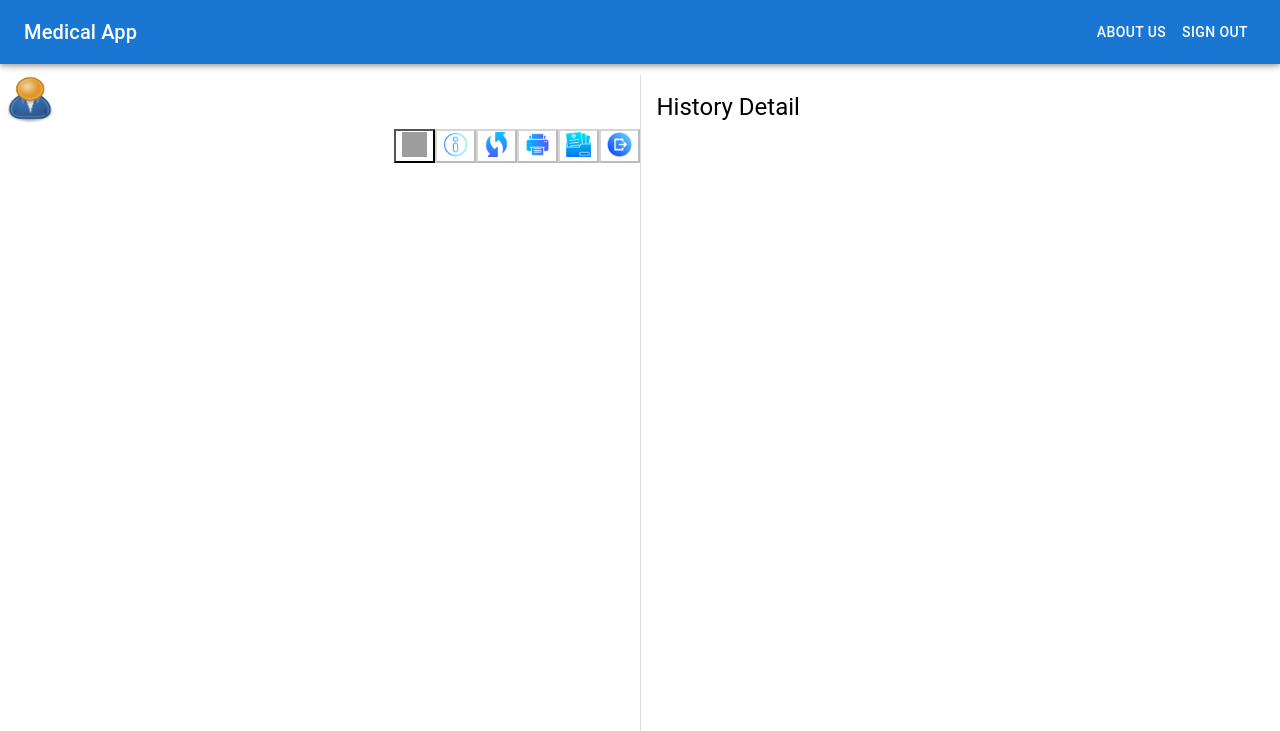
Repository: sshaiv/demo_project
Page: /
An editor plug-in stored every save of this project. The page is shown before and after a run of saves, followed by the edit.
The browser window is 1280 px wide. The pictures show the whole page.
Pictures or frames that could not be fetched are drawn as grey boxes. The project was rebuilt for these pictures with package versions that can differ from the ones it lists, and the page was loaded fresh each time.

Above is the page before, as saved 2024-08-12 20:37:07.

### src/App.js
// src/App.js
import React from 'react';
import { Box, Container } from '@mui/material';
import LeftSection from './components/LeftSection';
import RightSection from './components/RightSection';
import Header from './components/Header'; // Assuming you have a Header component
import NursingHeader from './components/NursingHeader';

const App = () => {
  return (
    <div>
      <Header /> {/* Include your header if you have one */}

      <Box
        sx={{
          position:'relative',
          top:'75px',
          display: 'flex',
          height: 'calc(100vh - 64px)', // Adjust height if you have a header
        }}
      >
        <Box sx={{ width: '50%', overflowY: 'scroll' }}>
          <LeftSection />
           <NursingHeader />
        </Box>
        <Box sx={{ width: '50%', borderLeft: '1px solid #ddd' }}>
          <RightSection />
        </Box>
      </Box>
    </div>
  );
};

export default App;

### src/components/LeftSection.jsx
// src/components/LeftSection.js
import React from 'react';
// import { Box, Typography, TextField, Grid } from '@mui/material';

const LeftSection = () => {
  return (
   <div></div>
  );
};

export default LeftSection;

### src/components/RightSection.jsx
// src/components/RightSection.js
import React from 'react';
import { Box, Typography } from '@mui/material';

const RightSection = () => {
  return (
    <Box
      sx={{
        width: '100%',
        height: 'calc(100vh - 64px)',
        padding: '16px',
        boxSizing: 'border-box',
      }}
    >
      <Typography variant="h5" gutterBottom>
        History Detail
      </Typography>
      {/* Add more content as needed */}
    </Box>
  );
};

export default RightSection;

### src/components/Header.js
import React from 'react';
import { AppBar, Toolbar, Typography, Button } from '@mui/material';

const Header = () => {
  return (
    <AppBar position="fixed">
      <Toolbar>
        <Typography variant="h6" style={{ flexGrow: 1 }}>
          Medical App
        </Typography>
        <Button color="inherit">About Us</Button>
        <Button color="inherit">Sign Out</Button>
      </Toolbar>
    </AppBar>
  );
};

export default Header;

### src/components/NursingHeader.js
import React from "react";

const NursingHeader = () => {
  return (
    <div id="NursingHeader" className="container-fluid">
      <div className="row">
        {/* Employee Image */}
        <div className="col-md-1">
          <img
            id="imgEmp"
            src="/Images/2000px-User_icon_2.svg.png"
            alt="Employee"
            style={{ width: "60px", height: "50px" }}
          />
        </div>

        {/* Patient Information */}
        <div className="col-md-5">
          <div className="input-group input-group-sm" style={{ fontWeight: "bolder", border: "none" }}>
            <span id="txtPatName" style={{ display: "inline", fontWeight: "bolder", border: "none" }}>
              {/* Patient Name */}
            </span>
            <span id="txtAgeSex" style={{ display: "inline", fontWeight: "bolder", border: "none" }}>
              {/* Age and Sex */}
            </span>
            <span id="txtNurIpdNo" style={{ display: "inline", fontWeight: "bolder", border: "none" }}>
              {/* Nurse IPD Number */}
            </span>
            <span id="txtMobNo" className="glyphicon glyphicon-phone" style={{ display: "inline", fontWeight: "bolder", fontSize: "15px", border: "none" }}>
              {/* Mobile Number */}
            </span>
          </div>
        </div>

        {/* Action Buttons */}
        <div className="col-md-6" style={{ textAlign: "right" }}>
          <Button
            id="btnPatAdd"
            imgSrc="/+"
            // onClick={() => DocumentPatientFile(1)}
            title="ADD"
          />
          <Button
            imgSrc="/Images/docExmnpics/info-button.png"
            disabled
          />
          <Button
            imgSrc="/Images/docExmnpics/refresh.png"
            // onClick={OnRefreshDocExmn}
            disabled
          />
          <Button
            id="btnDocExmnPrintData"
            imgSrc="/Images/docExmnpics/printer.png"
            // onClick={ToGetReportDoctorExmnData}
            disabled
          />
          <Button
            id="btnMRDAdd"
            imgSrc="/Images/docExmnpics/folder.png"
            // onClick={() => DocumentPatientFile(2)}
            title="MRD"
            disabled
          />
          <Button
            imgSrc="/Images/docExmnpics/log-out.png"
            // onClick={onClose}
            disabled
          />
        </div>
      </div>

      {/* Hidden Fields */}
      <div className="row">
        <div className="col-md-1" hidden>
          <label>Bed No.</label>
          <input id="txtBedNo" type="text" className="form-control form-control-readonly" readOnly disabled />
        </div>
        <div className="col-md-1" hidden>
          <label>Age</label>
          <input id="txtAge" type="text" className="form-control form-control-readonly" readOnly disabled />
        </div>
        <div className="col-md-1" hidden>
          <label>Gender</label>
          <input id="txtGender" type="text" className="form-control form-control-readonly" readOnly disabled />
        </div>
      </div>
    </div>
  );
};

// Reusable Button Component
const Button = ({ id, imgSrc, onClick, title, disabled }) => (
  <button
    id={id}
    className="btn btn-primary btn-sm"
    style={{ backgroundColor: "transparent" }}
    onClick={onClick}
    title={title}
    disabled={disabled}
  >
    <img src={imgSrc} style={{ width: "25px", height: "25px" }} alt={title || "button"} />
  </button>
);

export default NursingHeader;

Loaded but not shown: public/index.html (common file); src/index.js (common file); src/index.css (common file)

After the next 3 saves:
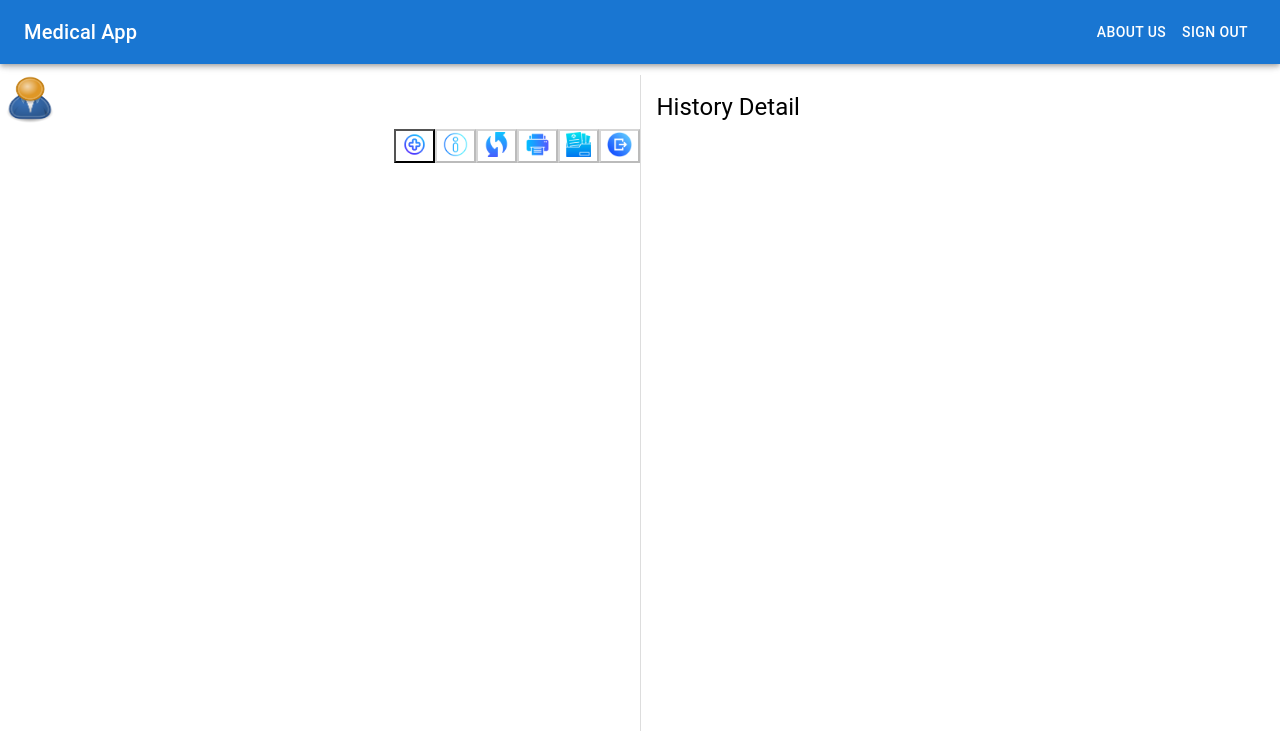
The 3 saves are shown as one change because they came seconds apart.
The last was saved 11 s later.
--- a/src/components/NursingHeader.js
+++ b/src/components/NursingHeader.js
@@ -36,7 +36,7 @@ const NursingHeader = () => {
         <div className="col-md-6" style={{ textAlign: "right" }}>
           <Button
             id="btnPatAdd"
-            imgSrc="/+"
+            imgSrc="../assets/addpatients.png"
             // onClick={() => DocumentPatientFile(1)}
             title="ADD"
           />
